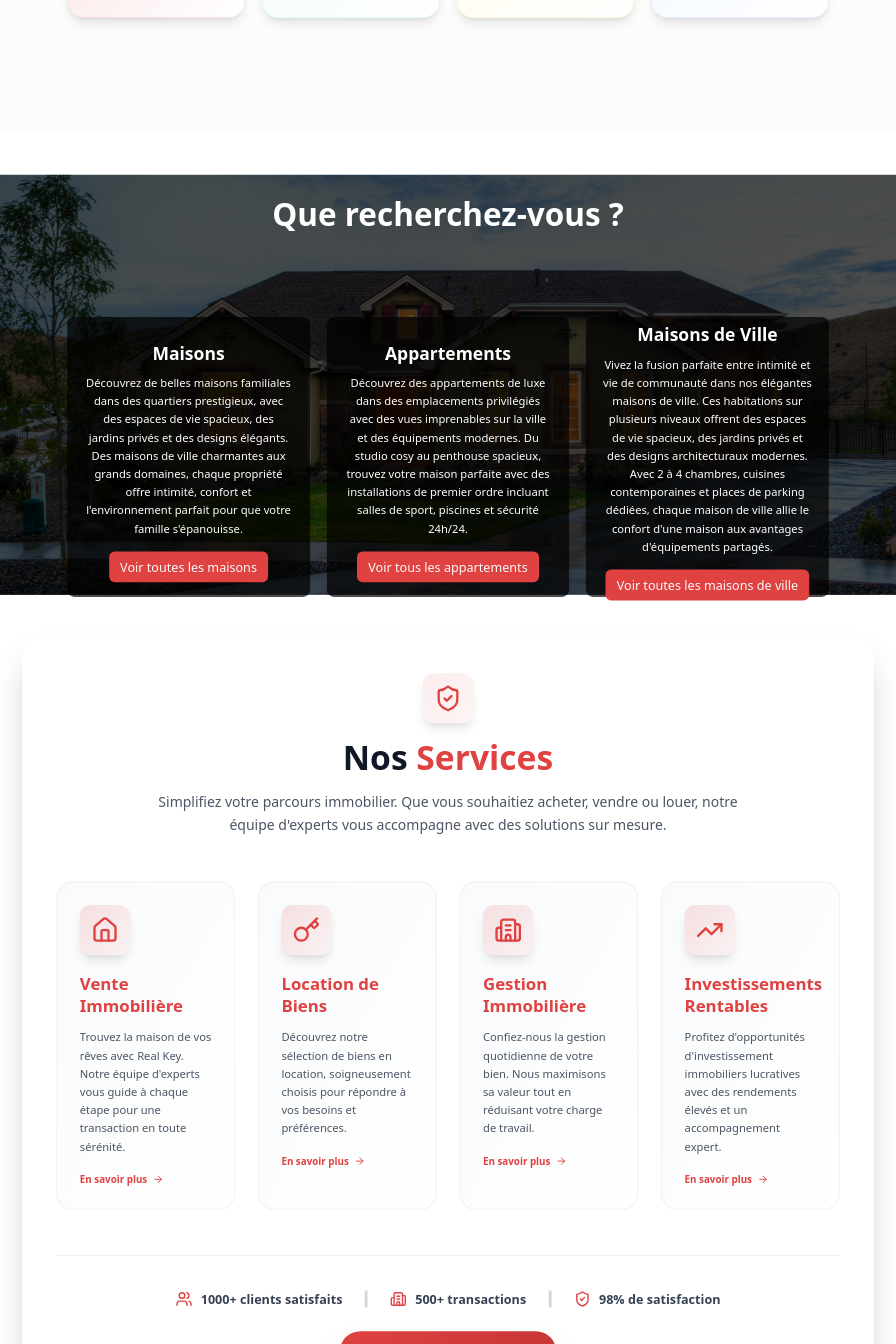
Repository: lamatmed/Real-Key
Page: /
The author's editor kept a copy of each file at every save. The page is drawn from the files as they stood at one save, then again after the next save.
The browser window is 1280 px wide. The pictures show the part of the page from y = 2234 to 4154 px (the page is 5353 px tall before and 5473 px after), at 70% of full size.
The page's requests for data from a server got no answer. The project was rebuilt for these pictures with package versions that can differ from the ones it lists, and the page was loaded fresh each time. Some packages were replaced by stand-ins written for this rebuild. The framework's server and built-in components were replaced by stand-ins that run in the browser. No one was signed in, and anything a server would have sent is missing. Also part of the build but not shown: next.config.ts, app/_components/PropertyCard.tsx.

Above is the page before, as saved 2025-09-28 17:10:05.

After the next save:
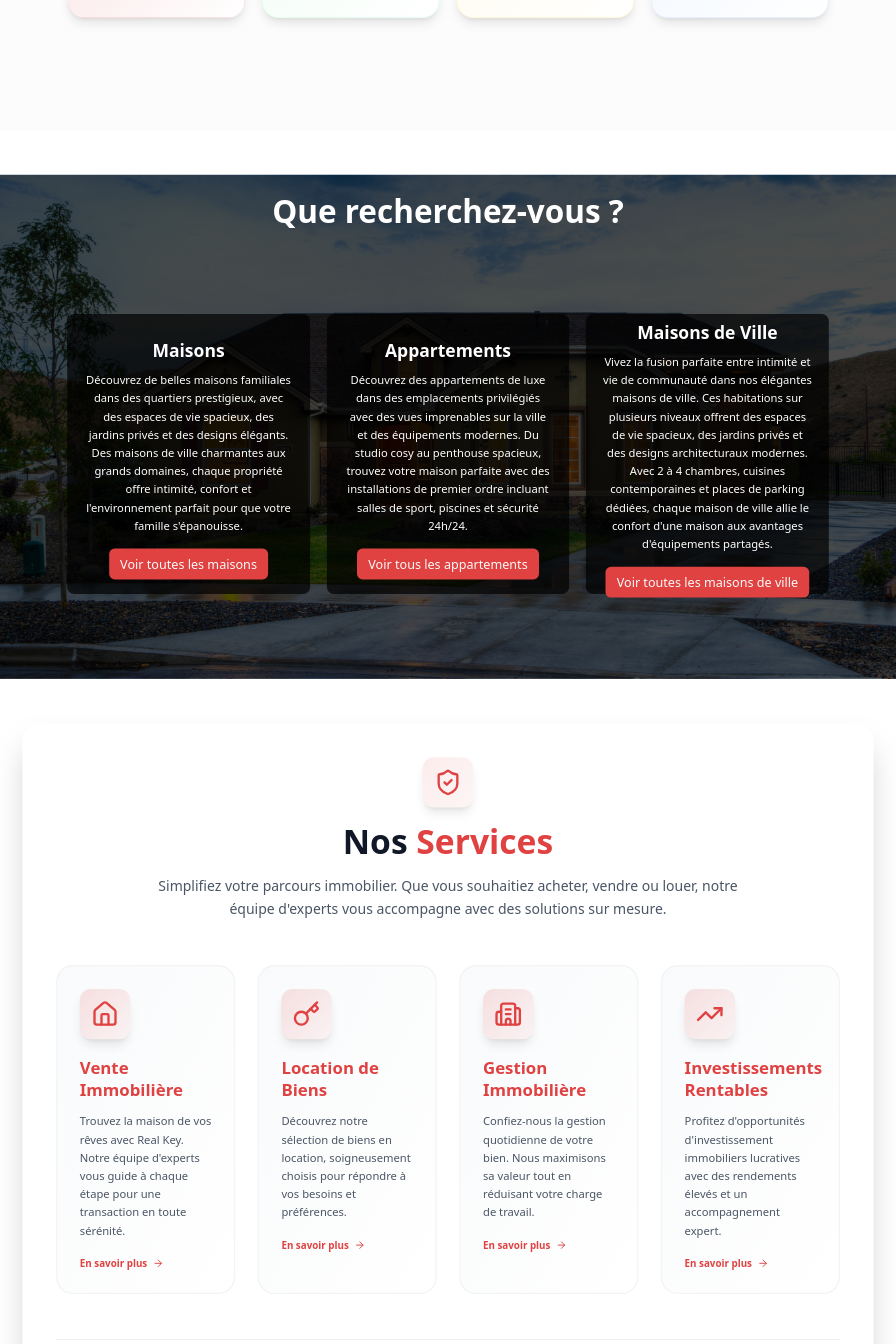
Saved 29 s later.
--- a/app/_components/WhatClientWant.tsx
+++ b/app/_components/WhatClientWant.tsx
@@ -6,26 +6,27 @@ import React from 'react'
 
 function WhatClientWant() {
   return (
-   <div className='relative lg:h-[600px]  w-full'>
+   <div className='relative min-h-screen lg:h-[600px] w-full'>
 
         <Image
           alt='hero'
           fill
           className='w-full h-full object-cover'
           src="/whatClientWant.jpg"
+          priority
         />
 
       <div className='absolute inset-0 bg-black/70 z-10'></div>
 
 
-    <div className='absolute inset-0 z-20 flex flex-col justify-center'>
-      <div className='flex items-center justify-center mt-8 lg:mt-32'>
+    <div className='absolute inset-0 z-20 flex flex-col justify-start lg:justify-center pt-16 lg:pt-0'>
+      <div className='flex items-center justify-center'>
         <h1 className='text-3xl md:text-[45px] font-bold mb-6 text-white text-center px-4'>
           Que recherchez-vous ?
         </h1>
       </div>
 
-      <div className='grid grid-cols-1 lg:grid-cols-3 text-white gap-4 lg:gap-6 text-center p-4 lg:p-24'>
+      <div className='grid grid-cols-1 lg:grid-cols-3 text-white gap-4 lg:gap-6 text-center px-4 lg:p-24 pb-8'>
 
         <div className='p-4 lg:p-6 flex flex-col items-center h-auto lg:h-[400px] justify-center bg-black/70 rounded-lg'>
           <House className="w-12 h-12 md:w-16 md:h-16 lg:w-[85px] lg:h-[85px]"/>
